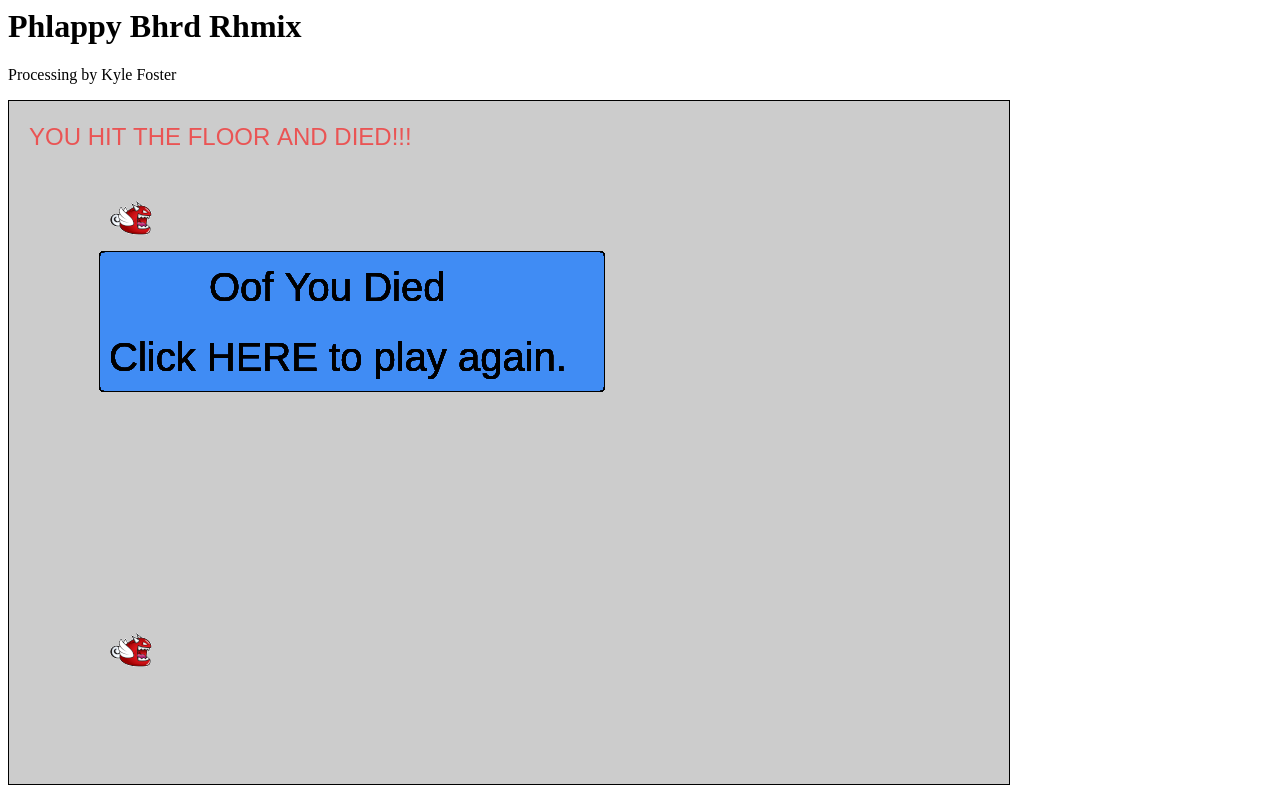
Repository: Kylefostertaz/Kylefostertaz.github.io
Page: flappy_bird.html
The author's editor kept a record of every edit. The page is drawn from the files as they stood at one moment, then again after the next edit.
The browser window is 1280 px wide. The pictures show the whole page.

Above is the page before.

After the next edit:
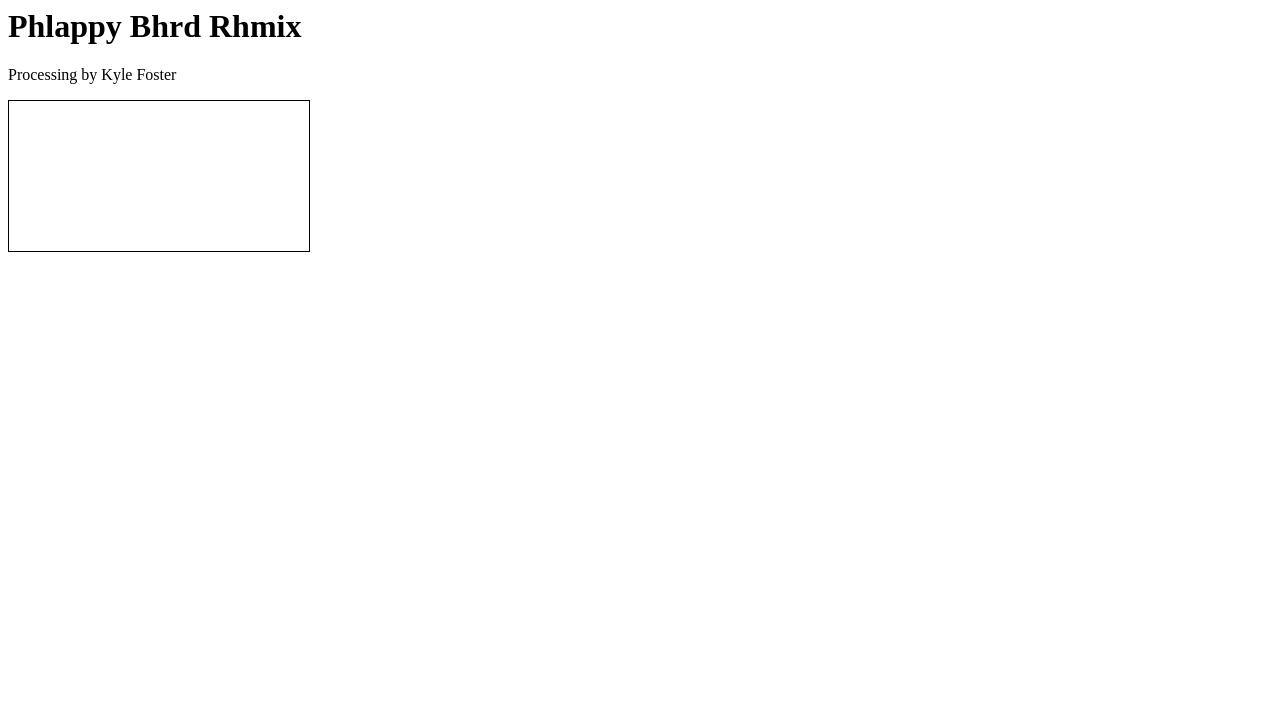
Console error: SyntaxError: Invalid or unexpected token
The edit:
--- a/flappy_bird.html
+++ b/flappy_bird.html
@@ -75,7 +75,7 @@
 
   //Load game
   else
- */ if(gameState==0)
+ if(gameState==0)
   {
 //    setBg();
 

After the edit that followed:
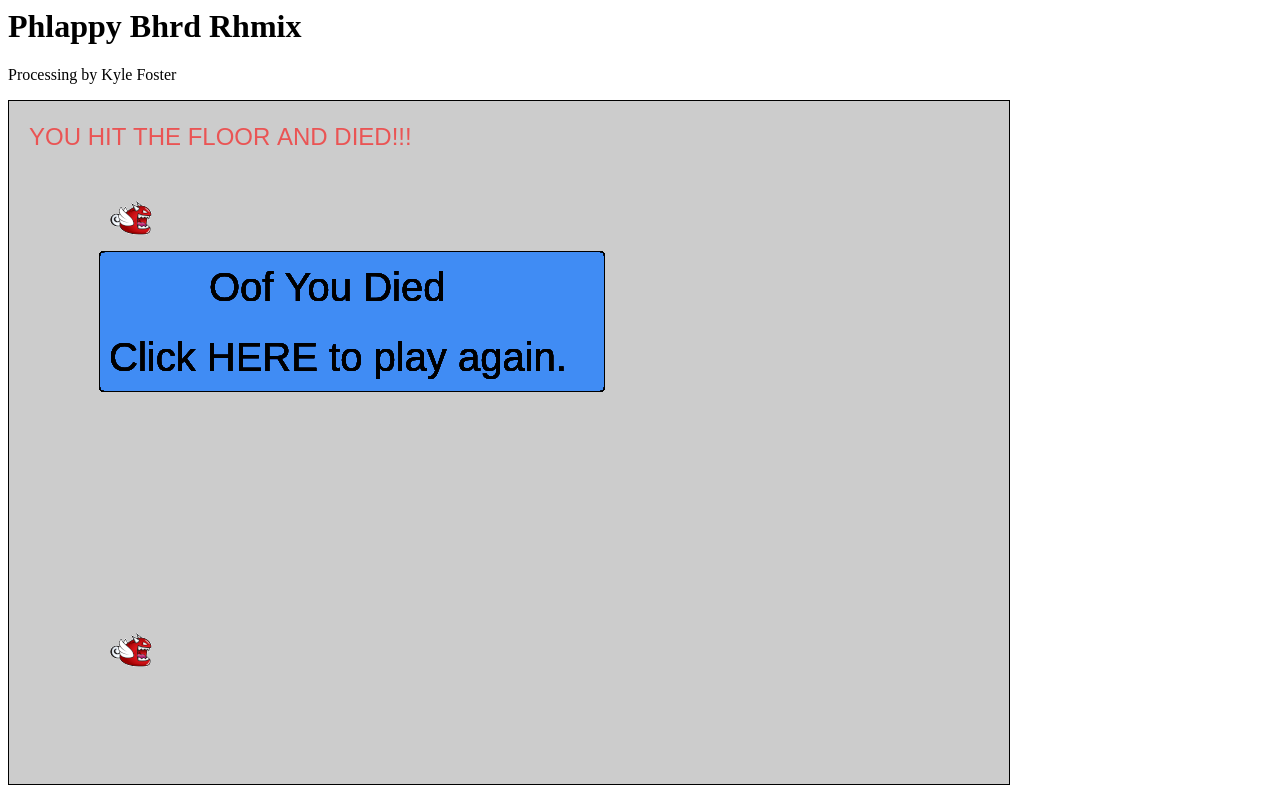
The error is gone.
The edit:
--- a/flappy_bird.html
+++ b/flappy_bird.html
@@ -67,7 +67,7 @@
 //MAIN
 void draw()
 {
-/*
+
   if(gameState == 1)
   {
     startScreen();
